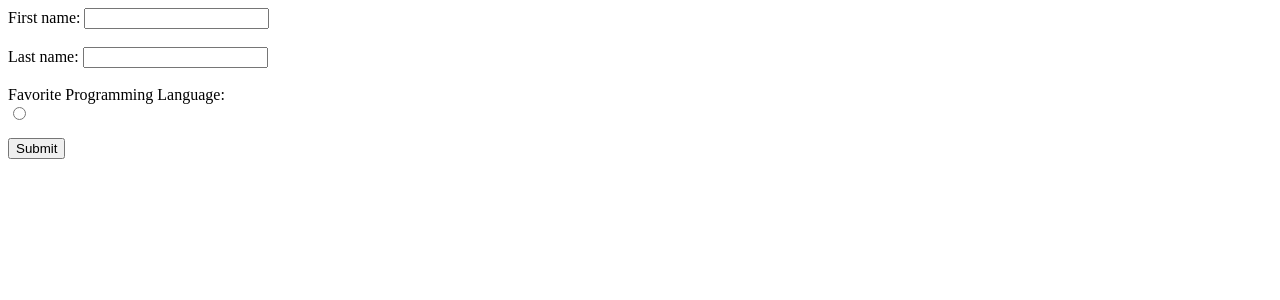
Repository: minnukanch/Spring-learners-code
Page: jspdemo/WebContent/student-radio-form.html
An editor plug-in stored every save of this project. The page is shown before and after the next save, followed by the edit.
The browser window is 1280 px wide. The pictures show the whole page.

Above is the page before, as saved 2019-09-25 23:06:20.

### jspdemo/WebContent/student-radio-form.html
<html>

<head><title>Student Registration Form</title></head>

<body>

<form action = "student-response.jsp">

	First name: <input type = "text" name = "firstName" />

	<br/><br/>

	Last name: <input type = "text" name = "lastName" />

	<br/></br>

	Favorite Programming Language: <br/>

	<input type = "radio" name = "favoriteLanguage" value="Java">

	<br/></br>
	<input type = "submit" value = "Submit" />

</form>
</body>



</html>

After the next save:
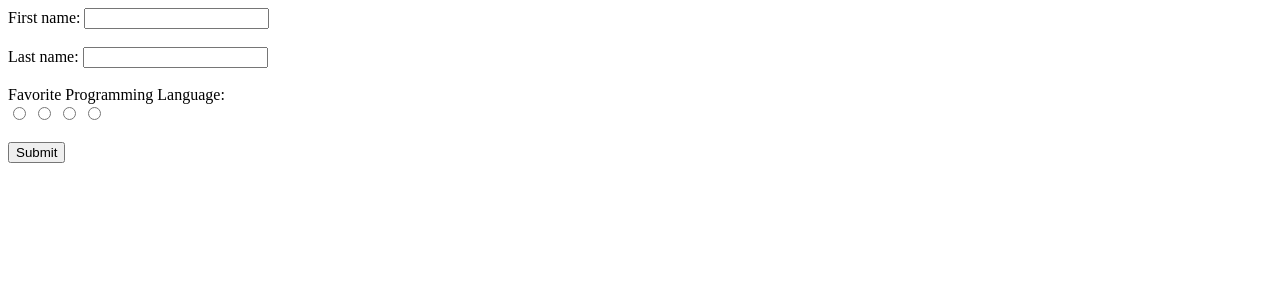
Saved 2 min 12 s later.
--- a/jspdemo/WebContent/student-radio-form.html
+++ b/jspdemo/WebContent/student-radio-form.html
@@ -18,6 +18,12 @@
 
 	<input type = "radio" name = "favoriteLanguage" value="Java">
 
+	<input type = "radio" name = "favoriteLanguage" value="C#">
+
+	<input type = "radio" name = "favoriteLanguage" value="PHP">
+
+	<input type = "radio" name = "favoriteLanguage" value="Ruby">
+
 	<br/></br>
 	<input type = "submit" value = "Submit" />
 
